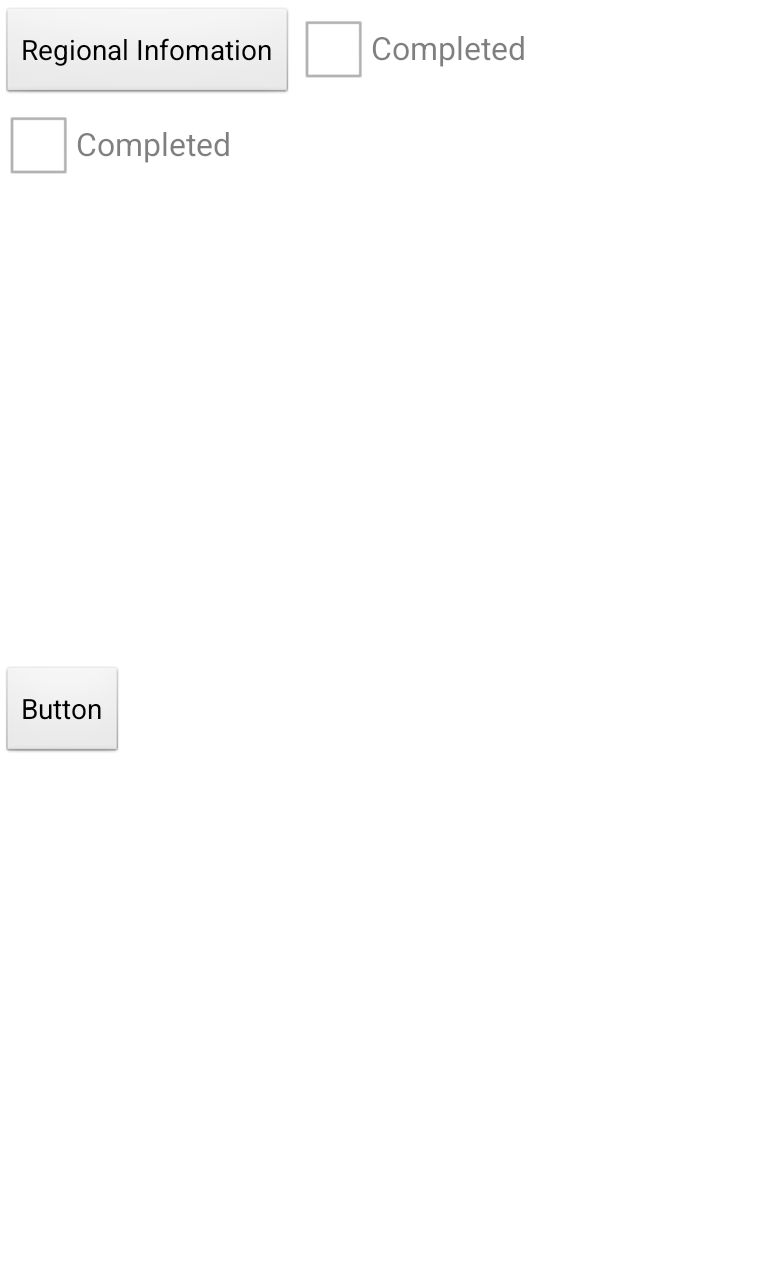
Repository: INBASD/Solar-Power-Project
Layout: Solar power calculator android/res/layout/menu.xml
The author's editor kept a copy of each file at every save. The layout is drawn from the files as they stood at one save, then again after the next save.
It is drawn on a 768 x 1280 px phone screen (xhdpi) without system bars, with theme AppTheme; the app's code is not run.

Above is the layout before, as saved 2012-09-08 04:33:23.

After the next save:
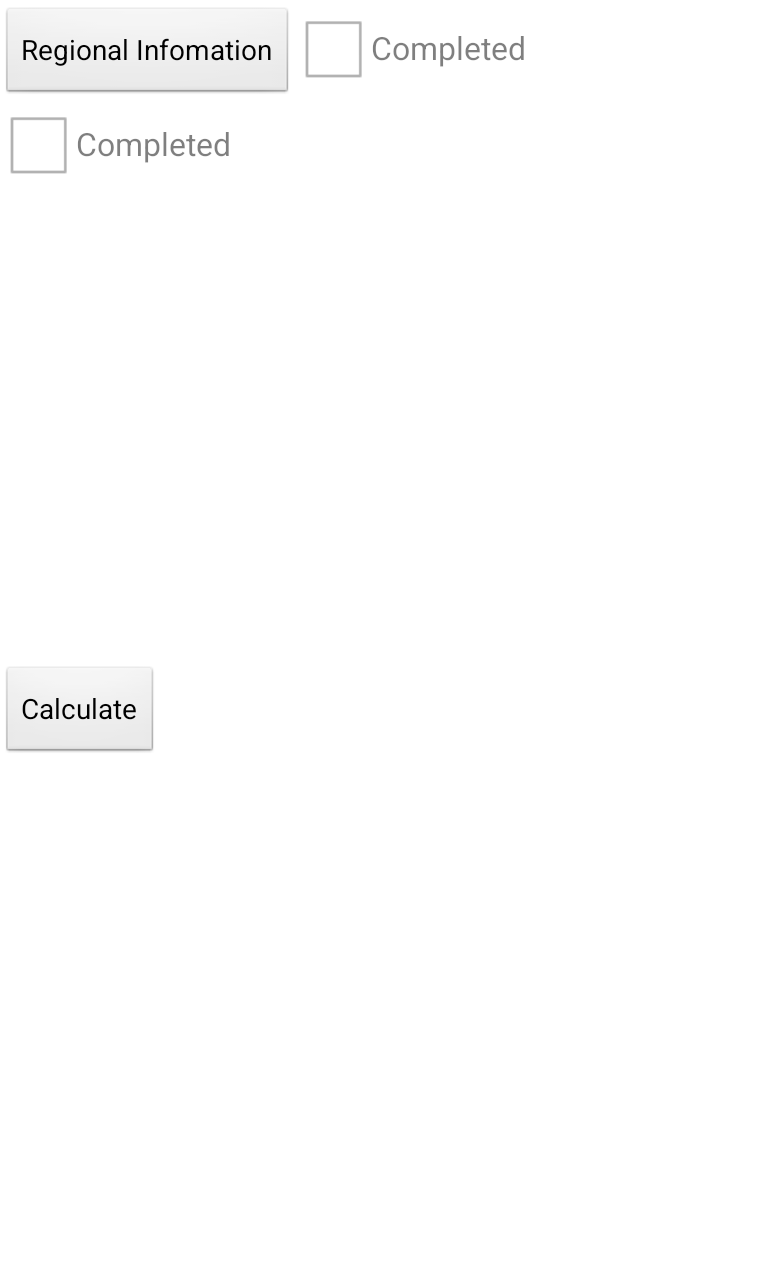
Saved 14 s later.
--- a/Solar power calculator android/res/layout/menu.xml
+++ b/Solar power calculator android/res/layout/menu.xml
@@ -47,10 +47,10 @@
         android:layout_height="wrap_content">
 
         <Button
-            android:id="@+id/pnlButton"
+            android:id="@+id/calc"
             android:layout_width="wrap_content"
             android:layout_height="wrap_content"
-            android:text="Button" />
+            android:text="Calculate" />
 
     </LinearLayout>
 
